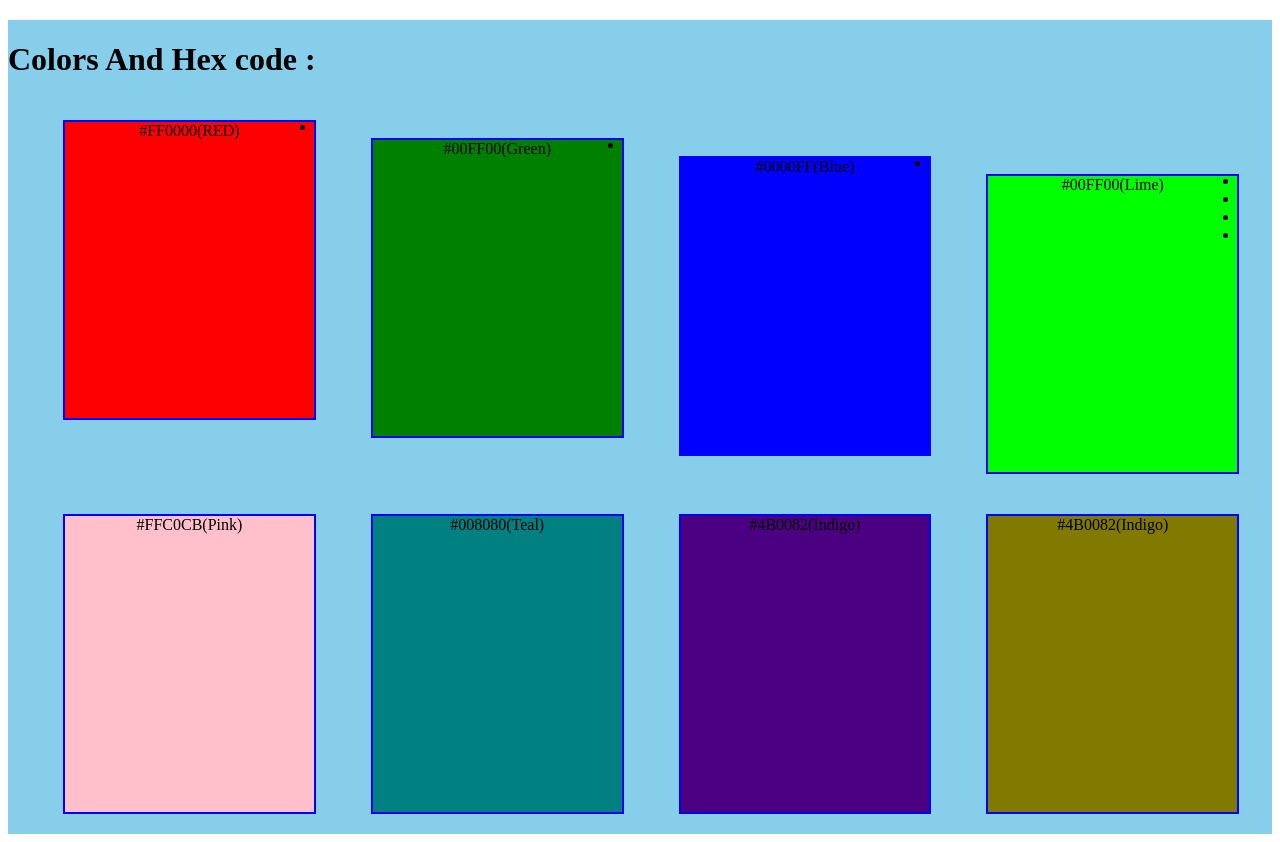
Repository: MintuKrishnan/subrahmanyam-batch
Page: front-end/position/index.html
The author's editor kept a copy of each file at every save. The page is drawn from the files as they stood at one save, then again after the next save.
The browser window is 1280 px wide. The pictures show the whole page.

Above is the page before, as saved 2021-03-04 10:14:59.

### front-end/position/index.html
<!-- <!DOCTYPE html>
<html lang="en">
<head>
    <meta charset="UTF-8">
    <meta http-equiv="X-UA-Compatible" content="IE=edge">
    <meta name="viewport" content="width=device-width, initial-scale=1.0">
    <title>Document</title>
</head>
<body>
    <div class="box1">Box1</div>
    <div class="box2">Box2</div>
    <div class="box3">Box3</div>

</body>
</html> -->

<!DOCTYPE html>
<html lang="en">
<head>
    <meta charset="UTF-8">
    <meta http-equiv="X-UA-Compatible" content="IE=edge">
    <meta name="viewport" content="width=device-width, initial-scale=1.0">
    <link rel="stylesheet" href="style.css">
    <title>Colors And Hex code</title>
</head>
<body>
    <div class="container">
        <h1>Colors And Hex code : </h1>

        <ul>
            <li> <div class="property bottom1"> #FF0000(RED)</div> </li>
            <li> <div class="property bottom2"> #00FF00(Green)</div> </li>
            <li> <div class="property bottom3"> #0000FF(Blue)</div> </li>
            <li> <div class="property bottom4"> #00FF00(Lime)</div> </li>
            <li> <div class="property bottom5"> #FFC0CB(Pink)</div> </li>
            <li> <div class="property bottom6"> #008080(Teal)</div> </li>
            <li> <div class="property bottom7"> #4B0082(Indigo)</div> </li>
            <li> <div class="property bottom8"> #4B0082(Indigo)</div> </li>
        </ul>
    </div>

</body>
</html>

### front-end/position/style.css
.container {
  width: 100%;
  margin: auto;
  overflow: hidden;
  background: skyblue;
  margin-top: 20px;
}

.container ul {
  padding: 0px;
  margin: 0px;
}
.property {
  float: left;
  list-style: none;
  width: 20%;
  height: 300px;

  margin: 20px 0px 20px 55px;
  border: 2px solid blue;
  box-sizing: border-box;
  text-align: center;
}

.container ul li .bottom1 {
  background: red;
}
.container ul li .bottom2 {
  background: green;
}
.container ul li .bottom3 {
  background: blue;
}
.container ul li .bottom4 {
  background: lime;
}
.container ul li .bottom5 {
  background: pink;
}
.container ul li .bottom6 {
  background: teal;
}
.container ul li .bottom7 {
  background: indigo;
}
.container ul li .bottom8 {
  background: rgb(130, 121, 0);
}

.container ul li:hover {
  opacity: 0.8;
}

After the next save:
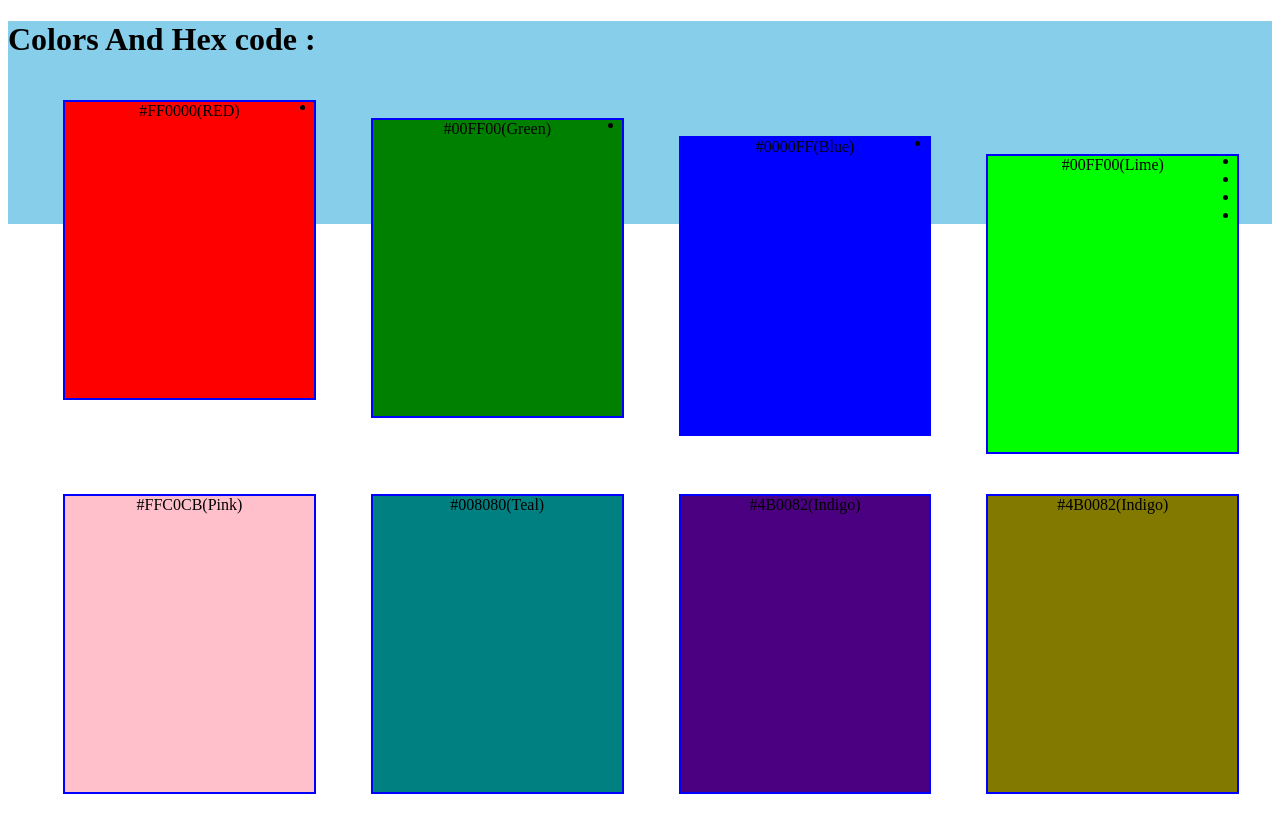
Saved 16 s later.
--- a/front-end/position/style.css
+++ b/front-end/position/style.css
@@ -1,7 +1,7 @@
 .container {
   width: 100%;
   margin: auto;
-  overflow: hidden;
+  /* overflow: hidden; */
   background: skyblue;
   margin-top: 20px;
 }

After the 4 saves that followed:
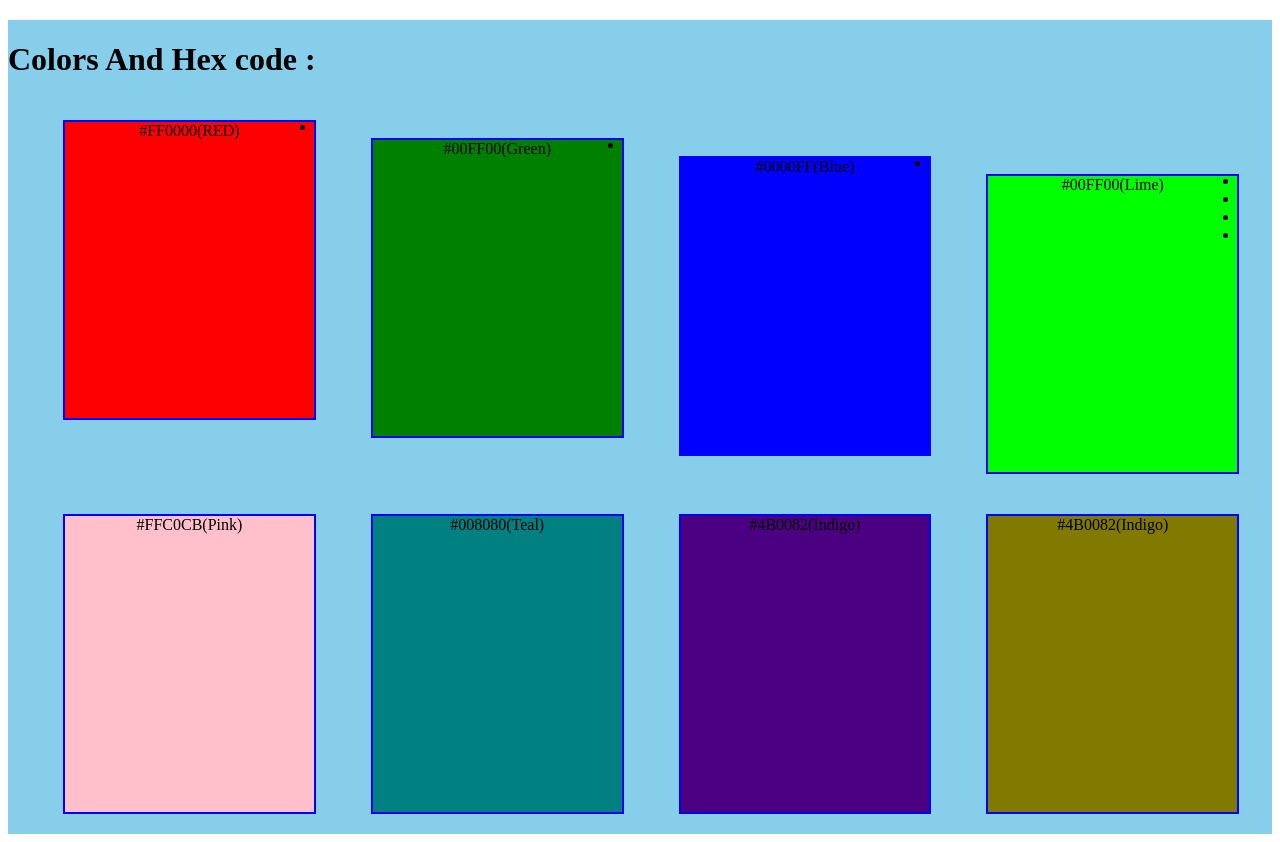
The 4 saves are shown as one change because 3 left the picture as it was.
The last was saved 2 min 51 s later.
--- a/front-end/position/style.css
+++ b/front-end/position/style.css
@@ -1,8 +1,8 @@
 .container {
   width: 100%;
-  margin: auto;
-  /* overflow: hidden; */
-  background: skyblue;
+  /* margin: auto; */
+  overflow: hidden;
+  background-color: skyblue;
   margin-top: 20px;
 }
 
@@ -15,7 +15,6 @@
   list-style: none;
   width: 20%;
   height: 300px;
-
   margin: 20px 0px 20px 55px;
   border: 2px solid blue;
   box-sizing: border-box;
